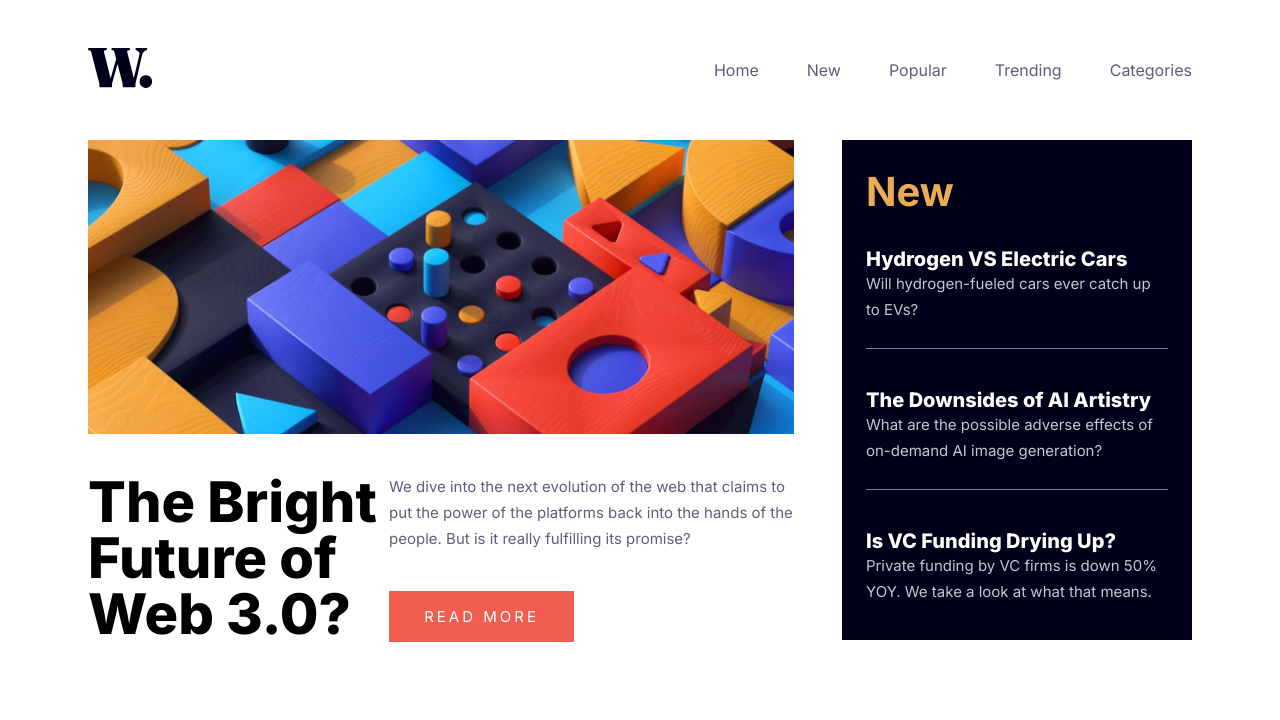
Repository: DevAntonioRogers/FrontendMentor-News-Homepage
Page: index.html
The author's editor kept a copy of each file at every save. The page is drawn from the files as they stood at one save, then again after the next save.
The browser window is 1280 px wide. The pictures show the whole page.

Above is the page before, as saved 2023-04-21 13:03:50.

### index.html
<!DOCTYPE html>
<html lang="en">
  <head>
    <meta charset="UTF-8" />
    <meta http-equiv="X-UA-Compatible" content="IE=edge" />
    <meta name="viewport" content="width=device-width, initial-scale=1.0" />
    <link rel="stylesheet" href="styles.css" />
    <title>Document</title>
  </head>
  <body>
    <nav>
      <div class="logo">
        <img src="./assets/logo.svg" alt="logo" />
      </div>
      <ul class="nav-menu">
        <li>Home</li>
        <li>New</li>
        <li>Popular</li>
        <li>Trending</li>
        <li>Categories</li>
      </ul>
      <div class="mobile-icons">
        <img src="./assets/icon-menu.svg" alt="" />
        <img src="./assets/icon-menu-close.svg" alt="" />
      </div>
    </nav>

    <section class="hero">
      <div class="left">
        <picture>
          <source srcset="assets/image-web-3-mobile.jpg" media="(max-width: 768px)" />
          <img src="assets/image-web-3-desktop.jpg" alt="banner" />
        </picture>
        <article class="hero-article">
          <div>
            <h1>The Bright Future of Web 3.0?</h1>
          </div>
          <div>
            <div class="test">
              <p>
                We dive into the next evolution of the web that claims to put the power of the platforms back into the
                hands of the people. But is it really fulfilling its promise?
              </p>
            </div>

            <div>
              <button>Read More</button>
            </div>
          </div>
        </article>
      </div>

      <div class="right">
        <h1>New</h1>

        <div>
          <h3>Hydrogen VS Electric Cars</h3>
          <p>Will hydrogen-fueled cars ever catch up to EVs?</p>
        </div>

        <div>
          <h3>The Downsides of AI Artistry</h3>
          <p>What are the possible adverse effects of on-demand AI image generation?</p>
        </div>

        <div>
          <h3>Is VC Funding Drying Up?</h3>
          <p>Private funding by VC firms is down 50% YOY. We take a look at what that means.</p>
        </div>
      </div>
    </section>
  </body>
</html>

### styles.css
@import url('https://fonts.googleapis.com/css2?family=Inter:wght@400;700;800&display=swap');

*{
  box-sizing: border-box;
  margin: 0;
  padding: 0;
  font-family: 'Inter', sans-serif;
}

/* img{
  width: 100%;
  height: 100%;
} */

body{
  max-width: 1200px;
  margin: auto;
  padding: 3rem;
}

a{
  text-decoration: none;
}

li{
  list-style: none;
}

/* NAVBAR STYLES */

nav{
  display: flex;
  justify-content: space-between;
  align-items: center;
}

.nav-menu{
  display: flex;
  gap: 3rem;
}

.nav-menu{
  color: hsl(236, 13%, 42%);
}

.mobile-icons{
  display: none;
}

/* HERO STYLES */

.hero{
  display: flex;
  justify-content: center;
  gap: 3rem;
  margin-top: 3rem;
  max-height: 500px;
}

.left{
  display: flex;
  flex-direction: column;
}

.left img{
  max-width: 100%;
  height: 100%;
}

.hero-article{
  display: flex;
  margin-top: 2.5rem;
}

.hero-article h1{
  font-weight: 800;
  font-size: 56px;
  line-height: 56px;
}

.hero-article div{
  display: flex;
  flex-direction: column;
  justify-content: space-between;

}

.hero-article button{
  color: white;
  background-color: hsl(5, 85%, 63%);
  width: 185px;
  padding: 1rem;
  font-size: 15px;
  letter-spacing: 3px;
  text-transform: uppercase;
  border: none;
}


.hero-article p{
  font-weight: 400;
  font-size: 15px;
  line-height: 26px;
  color: hsl(236, 13%, 42%);

}











.right{
  background-color: hsl(240, 100%, 5%);
  color: white;
  padding: 2rem 1.5rem;
  display: flex;
  flex-direction: column;
  gap: 2rem;
  min-width: 350px;
}

.right h1{
  font-size: 40px;
  color: hsl(35, 77%, 62%);
  line-height: 40px;
  font-weight: 700;
}

.right h3 {
  font-weight: 800;
  font-size: 20px;
  line-height: 24px;
  color: hsl(36, 100%, 99%);
}

.right p{
  font-weight: 400;
  font-size: 15px;
  line-height: 26px;
  color: hsl(233, 8%, 79%);
}

.right div{
  margin: auto;
  border-bottom: solid 1px grey;
  padding-bottom: 25px;
}

.right div:nth-child(4){
  border: none;
  padding-bottom: 0;
}

After the next save:
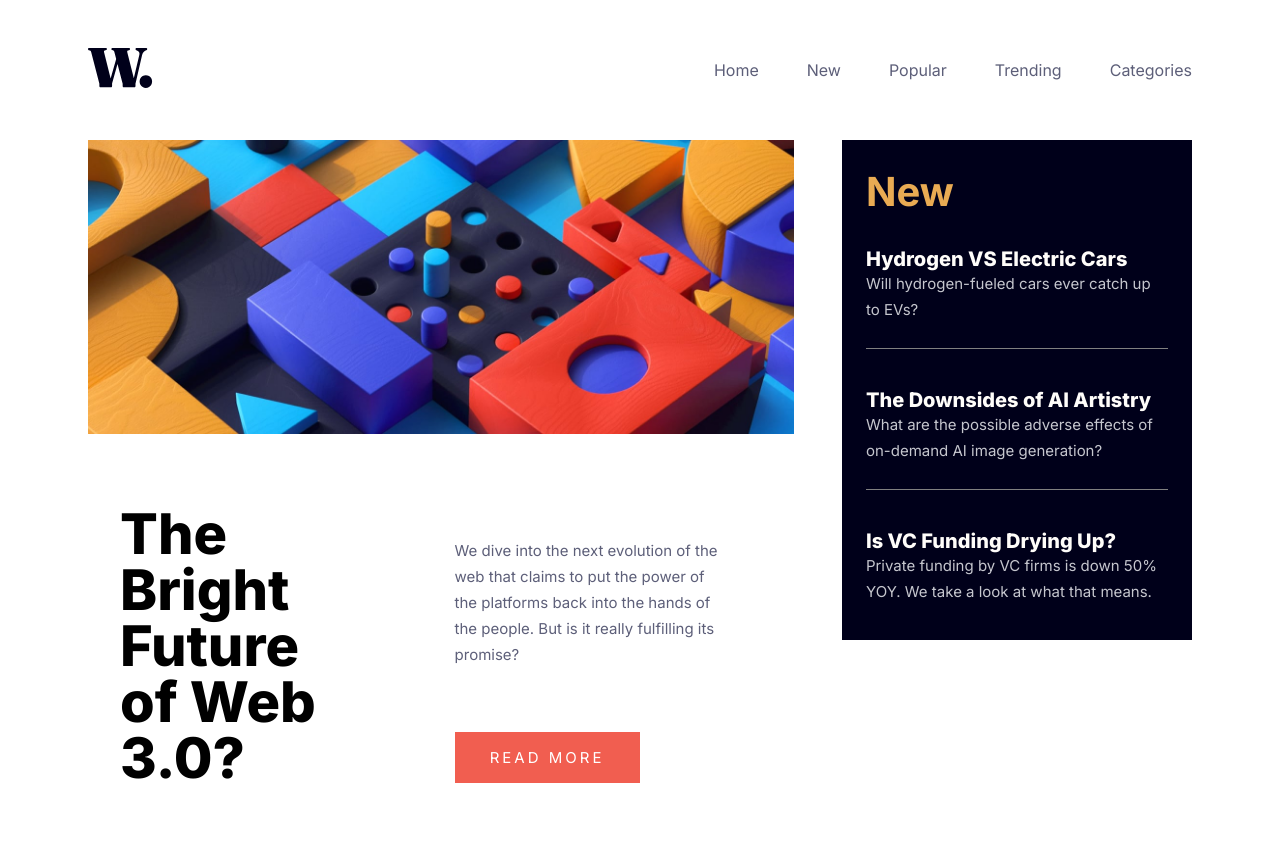
Saved 32 s later.
--- a/styles.css
+++ b/styles.css
@@ -82,7 +82,7 @@
   display: flex;
   flex-direction: column;
   justify-content: space-between;
-
+  padding: 2rem;
 }
 
 .hero-article button{

After the save that followed:
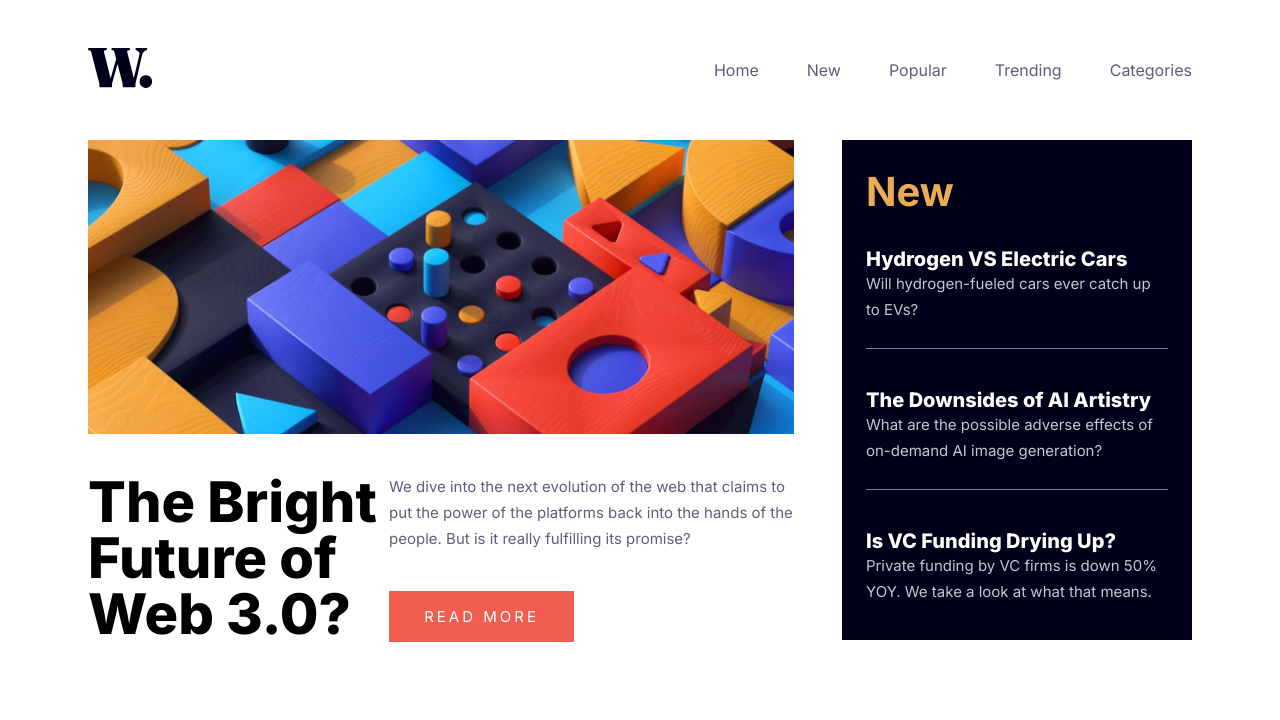
Saved 10 s later.
--- a/styles.css
+++ b/styles.css
@@ -82,7 +82,6 @@
   display: flex;
   flex-direction: column;
   justify-content: space-between;
-  padding: 2rem;
 }
 
 .hero-article button{
